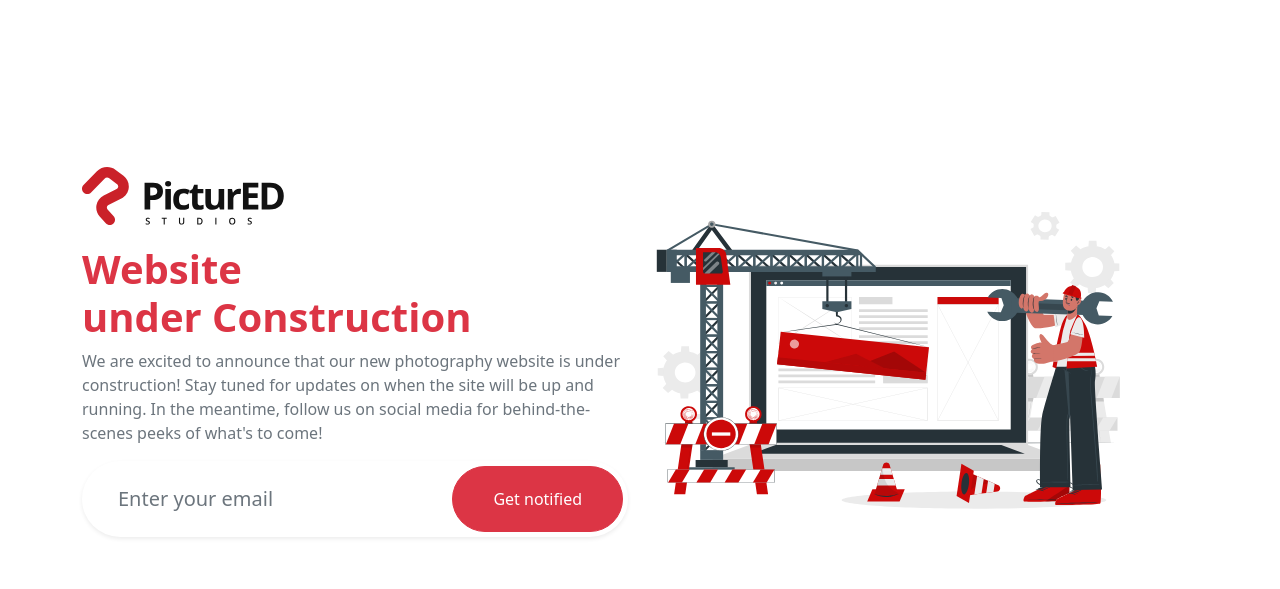
Repository: tHEO2k17/pictured
Page: /
An editor plug-in stored every save of this project. The page is shown before and after the next save, followed by the edit.
The browser window is 1280 px wide. The pictures show the whole page.
The project was rebuilt for these pictures with package versions that can differ from the ones it lists, and the page was loaded fresh each time.

Above is the page before, as saved 2022-09-14 14:33:29.

After the next save:
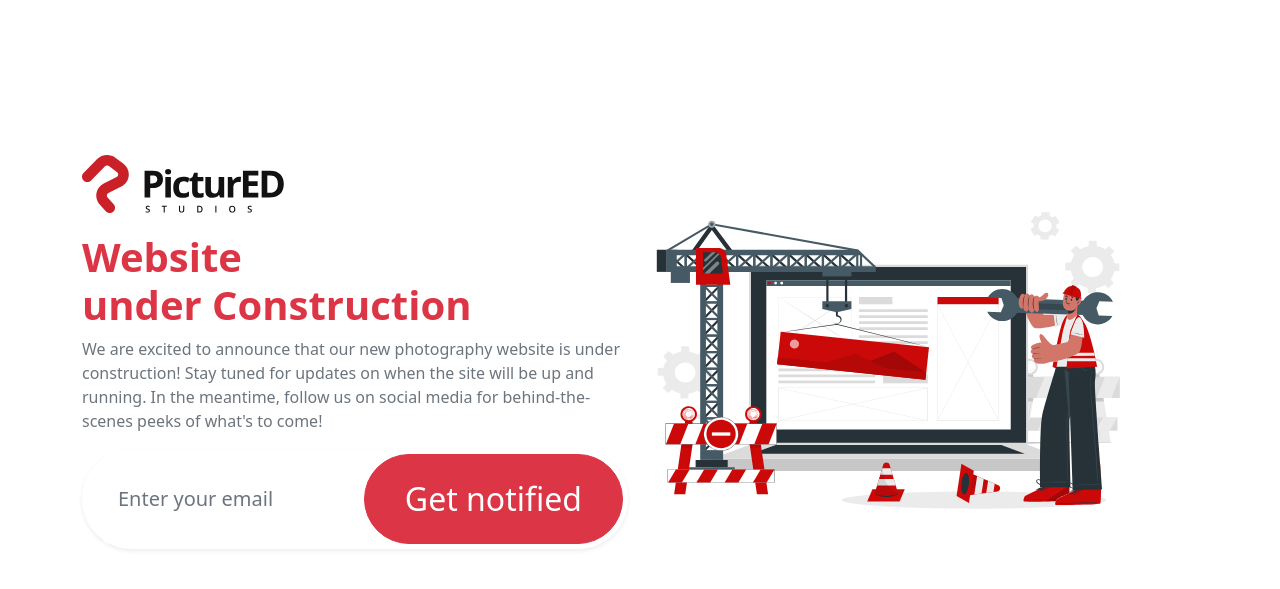
Saved 12 s later.
--- a/src/index.scss
+++ b/src/index.scss
@@ -9,7 +9,7 @@
 .input-group > :not(:first-child):not(.dropdown-menu):not(.valid-tooltip):not(.valid-feedback):not(.invalid-tooltip):not(.invalid-feedback) {
   margin-left: 20px;
   border-radius: 50px;
-  font-size: 16px;
+  font-size: 2em;
   padding: 20px 40px 20px 40px ;
 }
 
